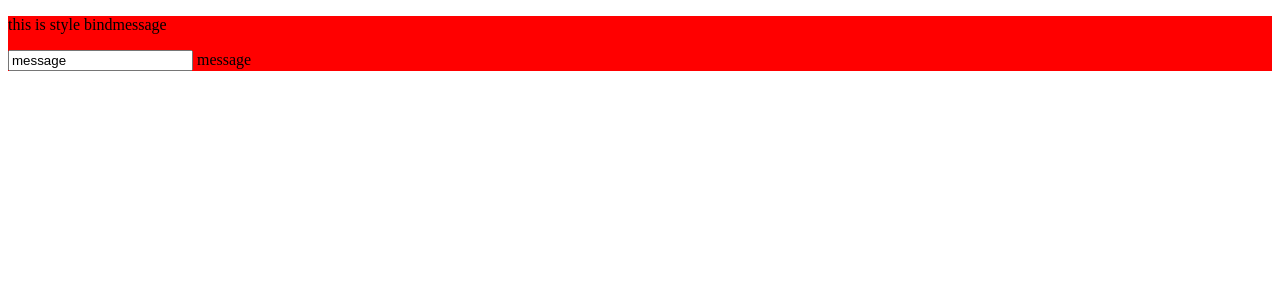
Repository: MeghaNagari/PracticeAtVMC
Page: Practice/VuePractice/WebContent/ClassStyleBind.html
These files come from the project's save history. The page is drawn as it stood at one moment and after the next save; the edit follows.
The browser window is 1280 px wide. The pictures show the whole page.
Some web libraries are served in a nearby version.

Above is the page before, as saved 2018-03-19 17:54:55.

### Practice/VuePractice/WebContent/ClassStyleBind.html
<!DOCTYPE html>
<html>
<head>
<meta charset="UTF-8">
<title>Insert title here</title>
<script src="https://cdn.jsdelivr.net/npm/vue@2.5.16/dist/vue.js"></script>

<style>
         .active {
            background: red;
         }
      </style>

</head>
<body>
<div id="test1">
<div class="static" v-bind:class="{ active: isActive, 'text-danger': hasError }">

     <p> this is style bind{{msg}}</p>



<input type="text" v-model=msg>
{{msg}}
</div>
</div>


</body>

<script>
new Vue({

	el:"#test1",
	data: {
		  isActive: true,
		  hasError: false,
		  msg:"message"
		}


})




</script>
</html>

After the next save:
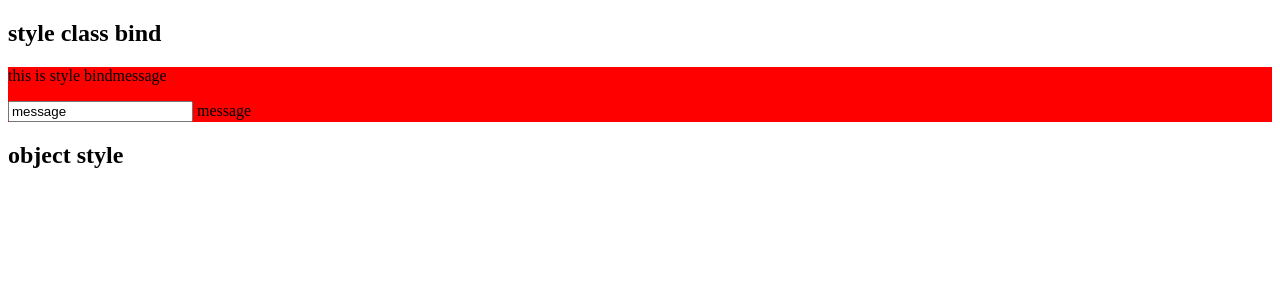
Saved 71 s later.
--- a/Practice/VuePractice/WebContent/ClassStyleBind.html
+++ b/Practice/VuePractice/WebContent/ClassStyleBind.html
@@ -13,6 +13,7 @@
 
 </head>
 <body>
+<h2>style class bind</h2>
 <div id="test1">
 <div class="static" v-bind:class="{ active: isActive, 'text-danger': hasError }">
 
@@ -24,6 +25,8 @@
 {{msg}}
 </div>
 </div>
+
+<h2>object style</h2>
 
 
 </body>
